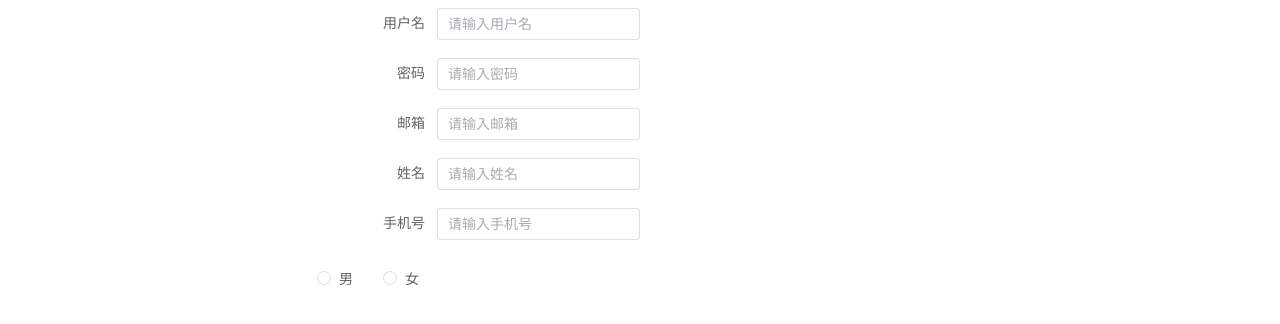
Repository: Mickey1216/yzkj_login_demo
Page: /register
These files come from the project's save history. The page is drawn as it stood at one moment and after the next save; the edit follows.
The browser window is 1280 px wide. The pictures show the whole page.
The project was rebuilt for these pictures with package versions that can differ from the ones it lists, and the page was loaded fresh each time. Also part of the build but not shown: vite.config.js, src/views/Login.vue.

Above is the page before, as saved 2023-07-04 14:41:52.

### src/main.js
import './assets/main.css'
import { createApp } from 'vue'
import App from './App.vue'
import router from './router'
import ElementPlus from 'element-plus'
import 'element-plus/dist/index.css'

const app = createApp(App)
app.use(router)
app.use(ElementPlus)
app.mount('#app')

### src/assets/main.css
#app {
  max-width: 1280px;
  margin: 0 auto;
  padding: 2rem;

  font-weight: normal;
}

a,
.green {
  text-decoration: none;
  color: hsla(160, 100%, 37%, 1);
  transition: 0.4s;
}

@media (hover: hover) {
  a:hover {
    background-color: hsla(160, 100%, 37%, 0.2);
  }
}

@media (min-width: 1024px) {
  body {
    display: flex;
    place-items: center;
  }

  #app {
    display: grid;
    grid-template-columns: 1fr 1fr;
    padding: 0 2rem;
  }
}

### src/App.vue
<template>
  <div class="ct">
    <routerView/>
  </div>
</template>

<script setup>

</script>

<style scoped>

</style>

### src/router/index.js
import { createRouter, createWebHistory } from 'vue-router'
import RegisterView from '../views/Register.vue'
import LoginView from '../views/Login.vue'

const router = createRouter({
  history: createWebHistory(import.meta.env.BASE_URL),
  routes: [
    {
      path: '/register',
      name: 'home',
      component: RegisterView
    },
    {
      path: '/login',
      name: 'login',
      component: LoginView
    }
  ]
})

export default router

### src/views/Register.vue
<template>
  <el-form :model="form" label-width="120px">
    <el-form-item label="用户名">
      <el-input placeholder="请输入用户名" v-model="form.name"/>
    </el-form-item>
    <el-form-item label="密码">
      <el-input placeholder="请输入密码" v-model="form.password"/>
    </el-form-item>
    <el-form-item label="邮箱">
      <el-input placeholder="请输入邮箱" v-model="form.email"/>
    </el-form-item>
    <el-form-item label="姓名">
      <el-input placeholder="请输入姓名" v-model="form.name"/>
    </el-form-item>
    <el-form-item label="手机号">
      <el-input placeholder="请输入手机号" v-model="form.phone"/>
    </el-form-item>

    <el-radio-group v-model="form.gender">
      <el-radio label="男" size="large">男</el-radio>
      <el-radio label="女" size="large">女</el-radio>
    </el-radio-group>
  </el-form>
</template>

<script setup>
import { reactive } from 'vue'

const form = reactive({
  name: '',
  password: '',
  email: '',
  name: '',
  phone: '',
  gender: '1'

})
</script>

<style scoped>

</style>

Loaded but not shown: index.html (common file)

After the next save:
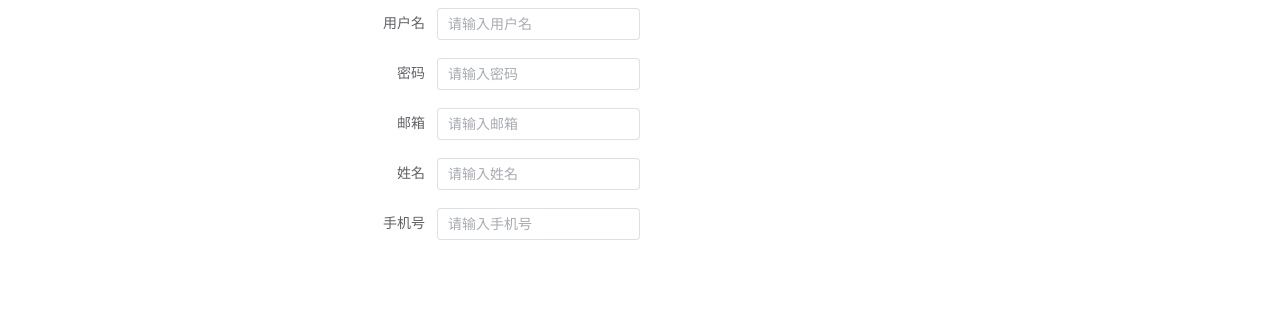
Saved 85 s later.
--- a/src/views/Register.vue
+++ b/src/views/Register.vue
@@ -16,10 +16,10 @@
       <el-input placeholder="请输入手机号" v-model="form.phone"/>
     </el-form-item>
 
-    <el-radio-group v-model="form.gender">
+    <!-- <el-radio-group v-model="form.gender">
       <el-radio label="男" size="large">男</el-radio>
       <el-radio label="女" size="large">女</el-radio>
-    </el-radio-group>
+    </el-radio-group> -->
   </el-form>
 </template>
 
